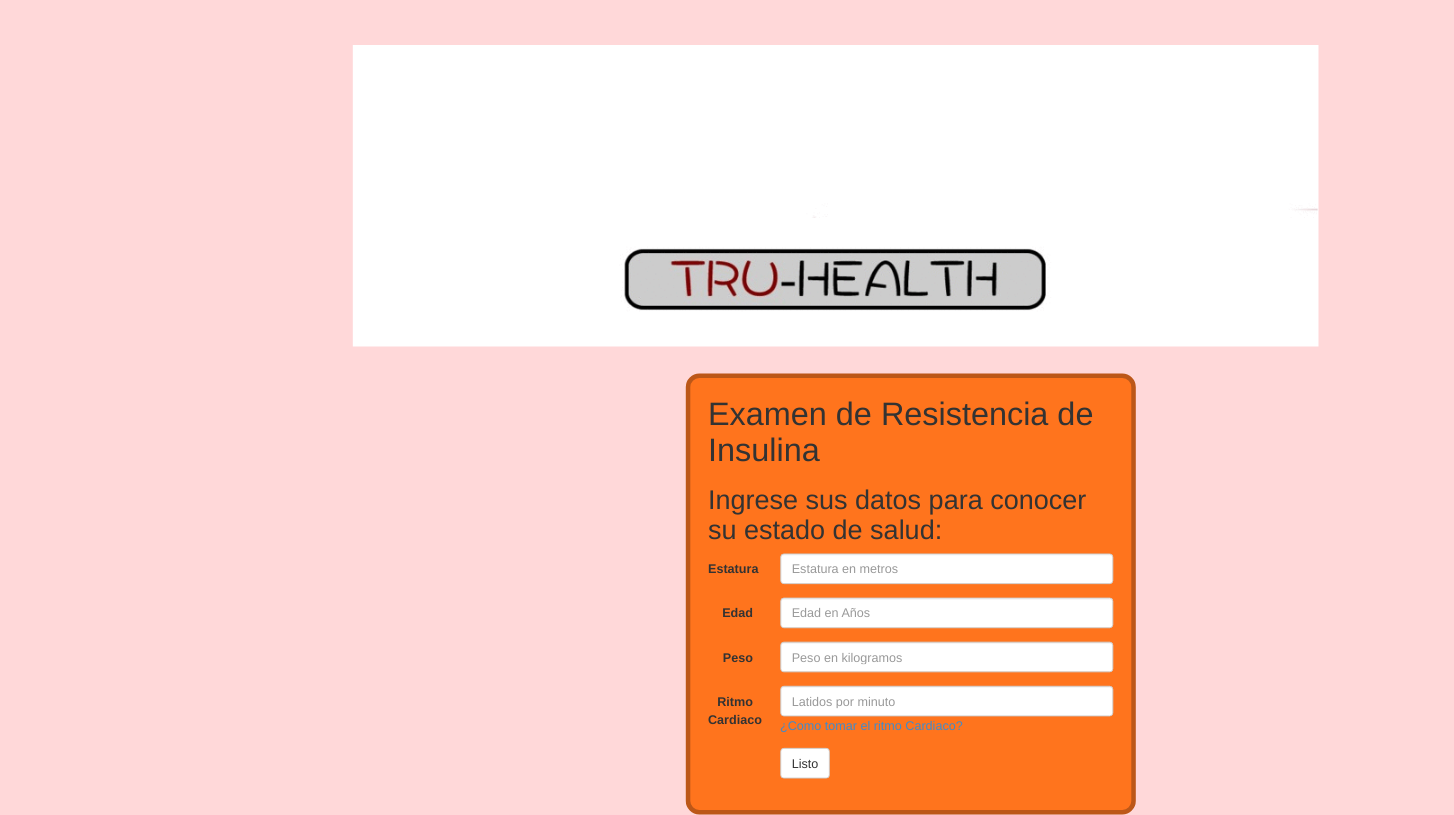
Repository: GabrielAvilesR/GabrielAvilesR.github.io
Page: Tru-Health/Tru-Health/index.html
An editor plug-in stored every save of this project. The page is shown before and after the next save, followed by the edit.
The browser window is 1280 px wide. The page is 1615 px wide, so the pictures cover 1615 px, including what lies to the right of the window. The pictures show the whole page, at 90% of full size.
Some web fonts or font styles are not loaded; a fallback is used. Some web libraries are served in a nearby version.

Above is the page before, as saved 2014-04-05 22:47:28.

After the next save:
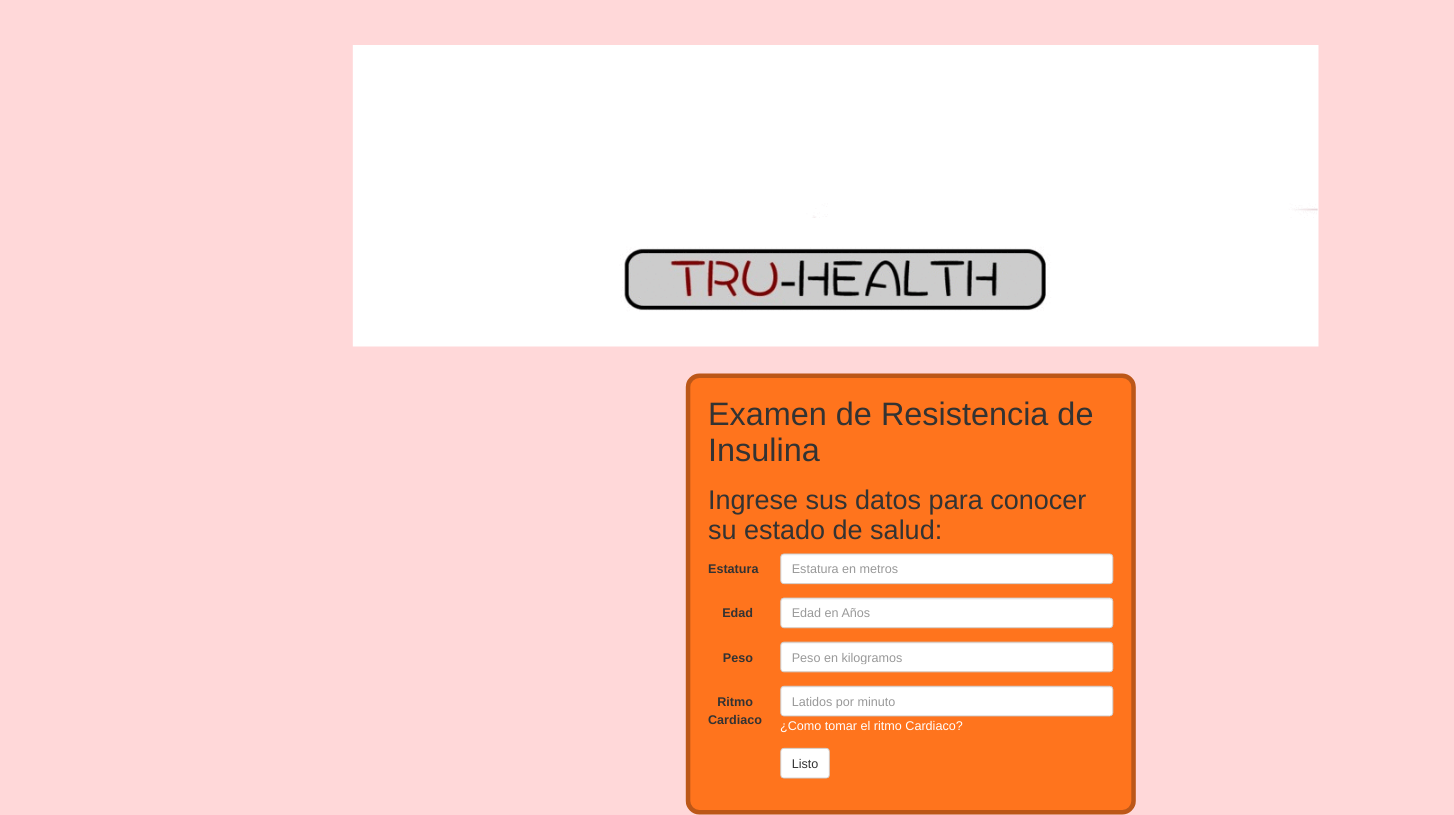
Saved 33 s later.
--- a/Tru-Health/Tru-Health/css/micss.css
+++ b/Tru-Health/Tru-Health/css/micss.css
@@ -42,6 +42,9 @@
 	background-color: #FF741D;
 	border-color: #FF741D;
 }
-a{
+
+.subform{
 	text-decoration:none;
+	color:white;
+
 }
